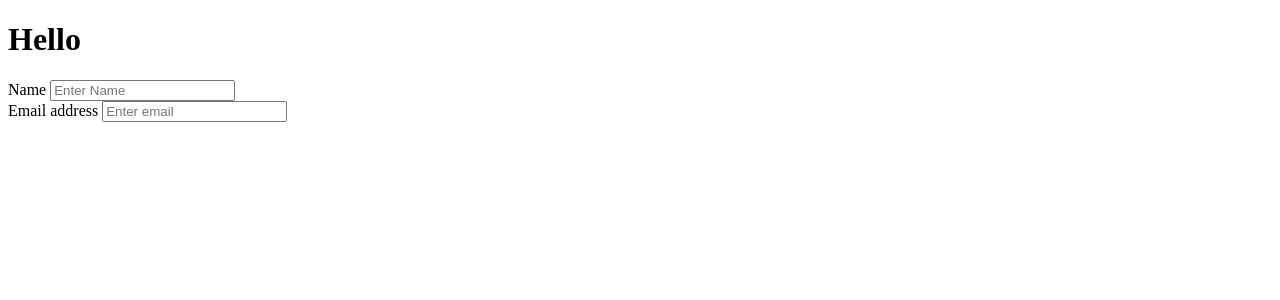
Repository: Siddhant1401/Aurionpro-J2EE
Page: http://localhost/08-STUDENT-MVC/add-Student.jsp
An editor plug-in stored every save of this project. The page is shown before and after the next save, followed by the edit.
The browser window is 1280 px wide. The pictures show the whole page.
The page is served by Tomcat 9.

Above is the page before, as saved 2023-10-17 05:46:13.

After the next save:
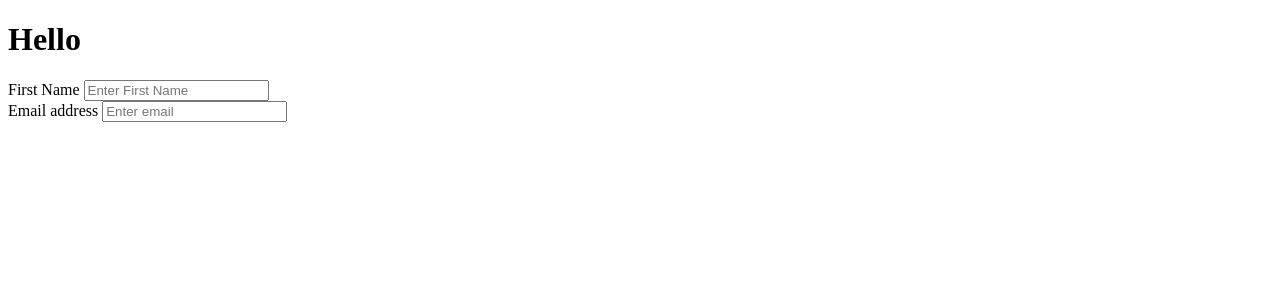
Saved 16 s later.
--- a/08-STUDENT-MVC/WebContent/add-Student.jsp
+++ b/08-STUDENT-MVC/WebContent/add-Student.jsp
@@ -10,8 +10,8 @@
 	<h1>Hello</h1>
 	<form action="StudentServlet" method="get">
 		<div class="form-group">
-			<label for="name">Name </label> <input type="text"
-				class="form-control" name="name" placeholder="Enter Name">
+			<label for="first_name">First Name </label> <input type="text"
+				class="form-control" name="first_name" placeholder="Enter First Name">
 		</div>
 
 		<div class="form-group">
